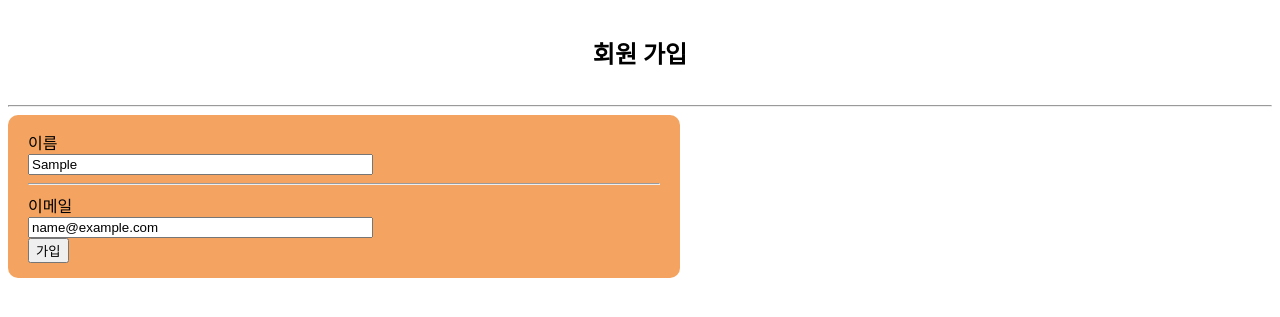
Repository: ineble/sql
Page: http://localhost/text/01/text1.jsp
The author's editor kept a copy of each file at every save. The page is drawn from the files as they stood at one save, then again after the next save.
The browser window is 1280 px wide. The pictures show the whole page.
Empty fields were first filled with sample values (such as "Sample", 5 or name@example.com).
After loading, the first visible `button` was clicked once.
The page is served by Tomcat 9.

Above is the page before, as saved 2022-07-15 07:56:51.
Console error: ReferenceError: signUp is not defined

After the next save:
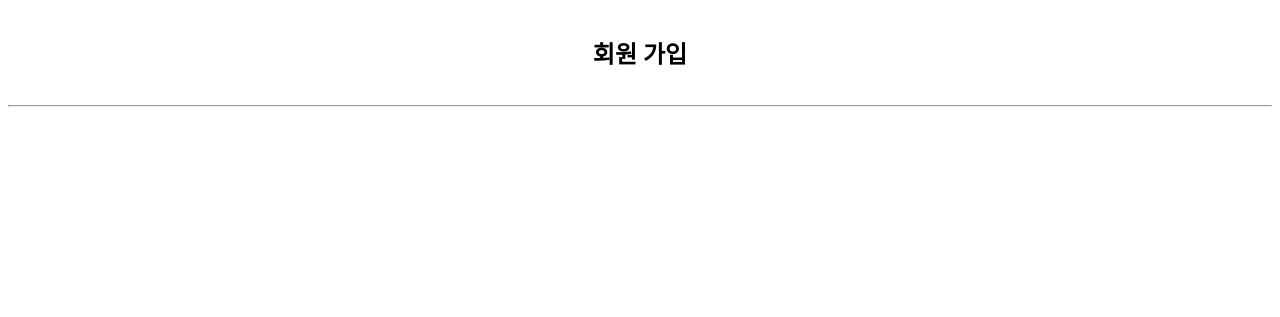
The error is gone.
Saved 2 min 7 s later.
--- a/text/src/main/webapp/01/text1.jsp
+++ b/text/src/main/webapp/01/text1.jsp
@@ -21,6 +21,16 @@ h2 {
 	background-color: SandyBrown;
 }
 </style>
+<script>
+	function signUp(){
+		alert("정말로 가입하시겠습니까?");
+		document.getElementById("regform").style.display = "none";
+		document.getElementById("rname").innerHTML = document.form1.name.value;
+		document.getElementById("rname").innerHTML = document.form1.name.value;
+		document.getElementById("regform").style.display = "none";
+
+	}
+</script>
 
 </head>
 <body>
